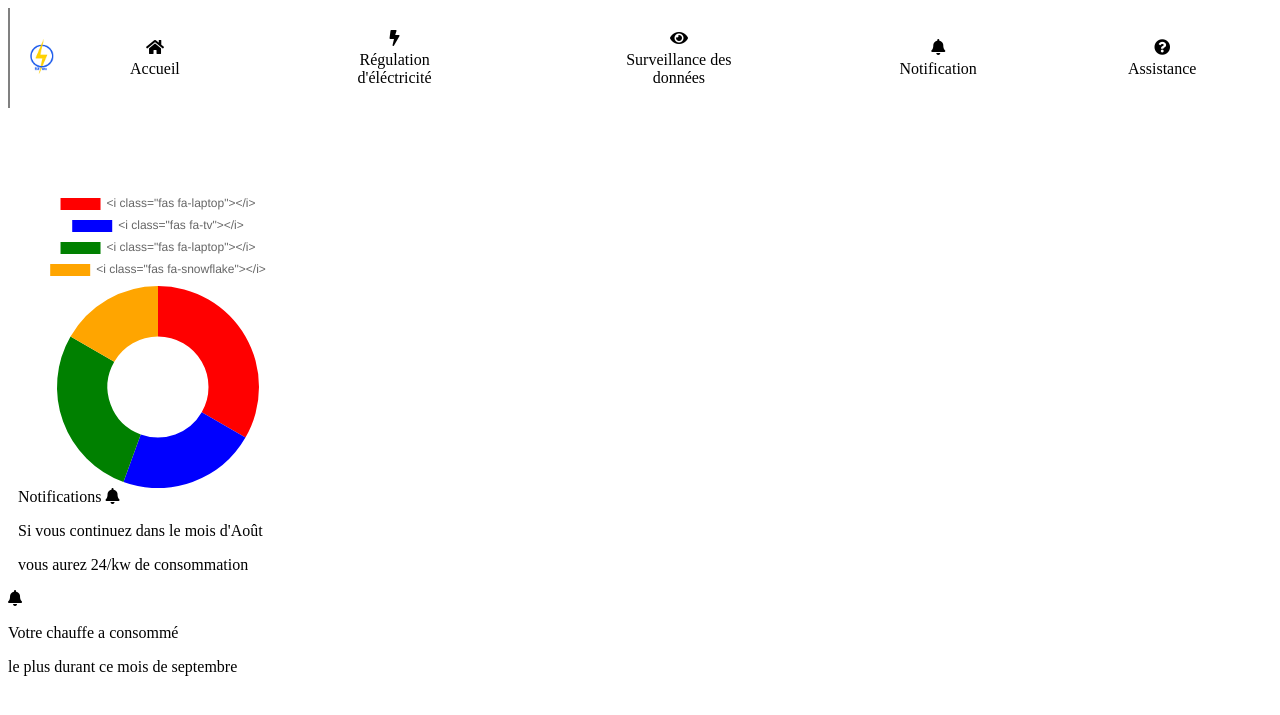
Repository: hamdia200/OSC-Ecowiz
Page: http://localhost/accueil
These files come from the project's save history. The page is drawn as it stood at one moment and after the next save; the edit follows.
The browser window is 1280 px wide. The pictures show the whole page.
The page is served by the project's Laravel application, run on PHP 8.4 with Laravel 10.

Above is the page before, as saved 2023-08-18 13:51:08.

After the next save:
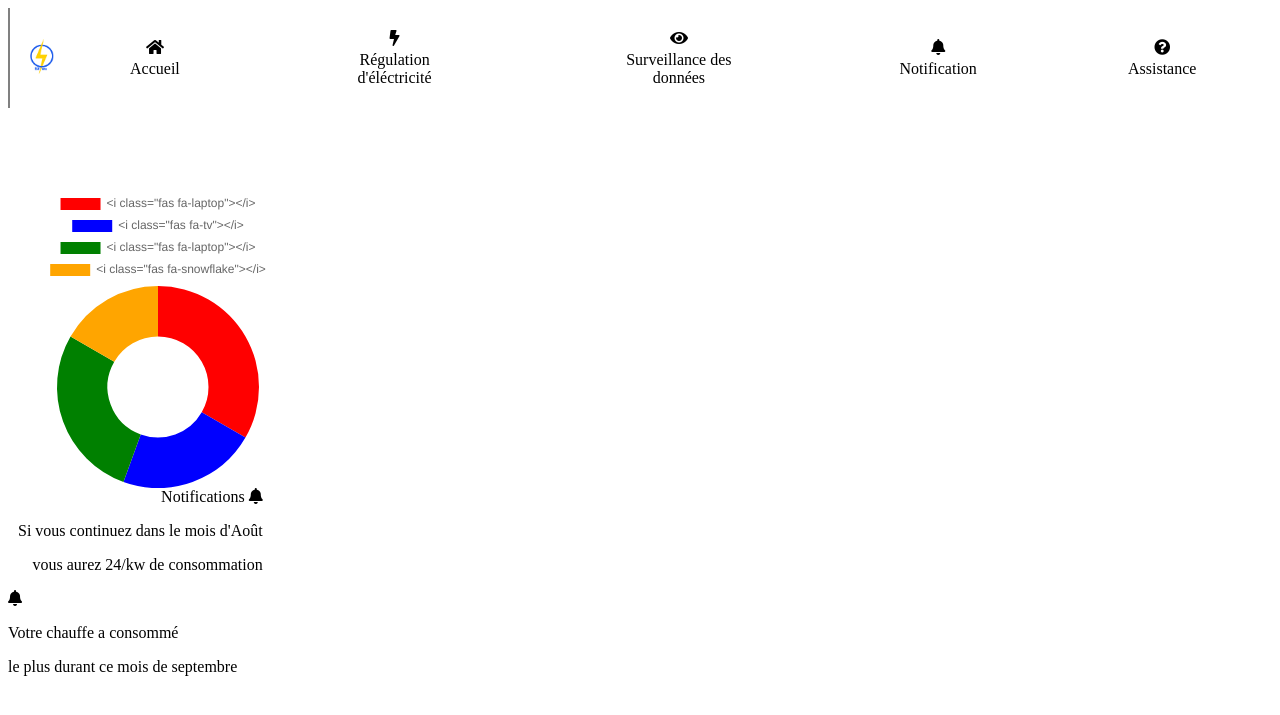
Saved 4 s later.
--- a/resources/views/accueil.blade.php
+++ b/resources/views/accueil.blade.php
@@ -29,7 +29,7 @@
         .alert {
             display: inline-block;
             margin: 0 10px;
-            text-align: ;
+            text-align: right;
         }
 
     </style>

After the save that followed:
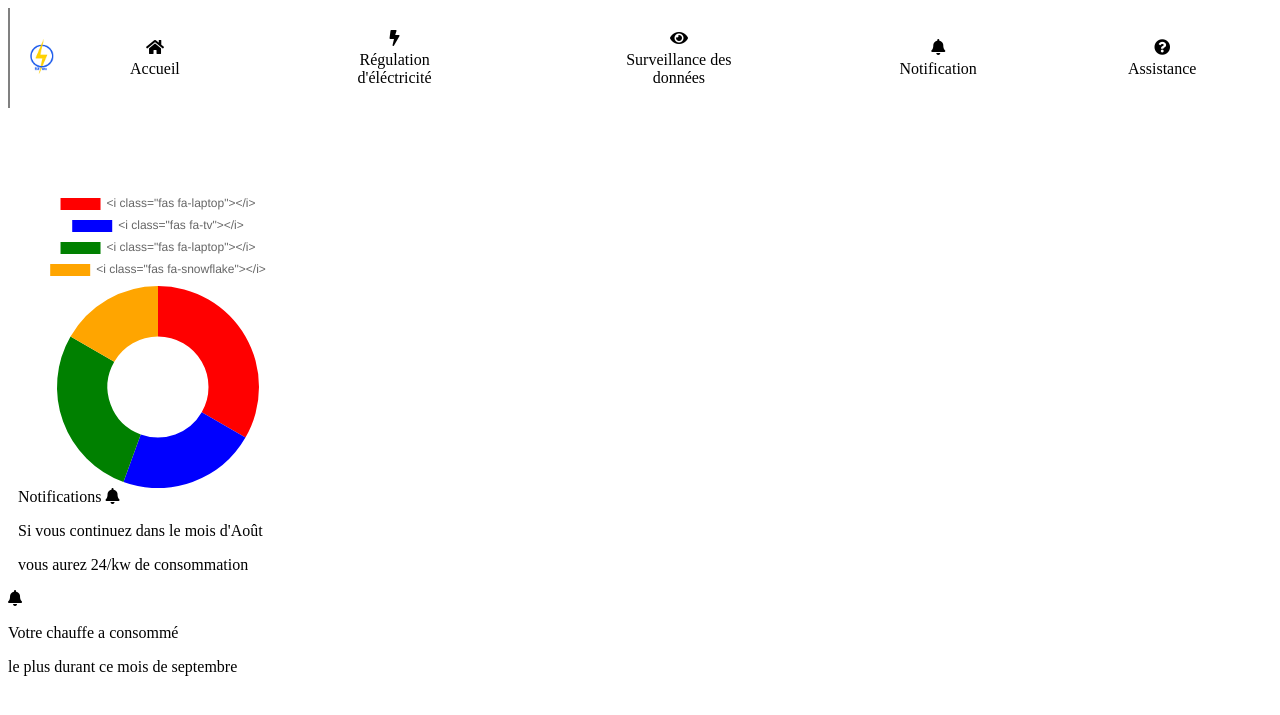
Saved 21 s later.
--- a/resources/views/accueil.blade.php
+++ b/resources/views/accueil.blade.php
@@ -29,7 +29,7 @@
         .alert {
             display: inline-block;
             margin: 0 10px;
-            text-align: right;
+
         }
 
     </style>
